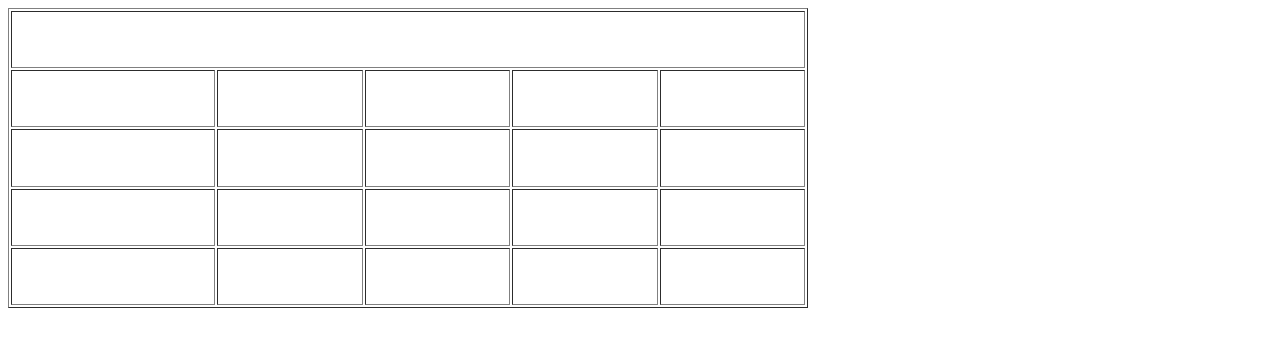
Repository: nijooymik/smartfactory
Page: jsp/t0718/src/main/webapp/html/img/tableex.html
These files come from the project's save history. The page is drawn as it stood at one moment and after the next save; the edit follows.
The browser window is 1280 px wide. The pictures show the whole page.

Above is the page before, as saved 2022-07-18 04:48:24.

After the next save:
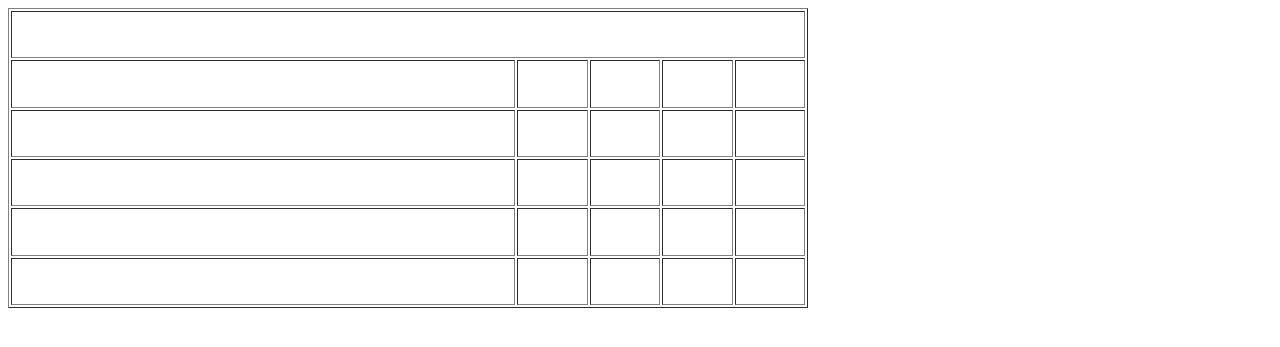
Saved 44 s later.
--- a/jsp/t0718/src/main/webapp/html/img/tableex.html
+++ b/jsp/t0718/src/main/webapp/html/img/tableex.html
@@ -10,28 +10,35 @@
 		<td colspan=5></td>
 	</tr>
 	<tr>
-		<td width="200"></td>
+		<td width="20"></td>
 		<td></td>
 		<td></td>
 		<td></td>
 		<td></td>
 	</tr>
 	<tr>
-		<td></td>
+		<td width="10"></td>
 		<td></td>
 		<td></td>
 		<td></td>
 		<td></td>
 	</tr>
 	<tr>
-		<td></td>
+		<td width="500"></td>
 		<td></td>
 		<td></td>
 		<td></td>
 		<td></td>
 	</tr>
 	<tr>
+		<td width="10"></td>
 		<td></td>
+		<td></td>
+		<td></td>
+		<td></td>
+	</tr>
+	<tr>
+		<td width="20"></td>
 		<td></td>
 		<td></td>
 		<td></td>
